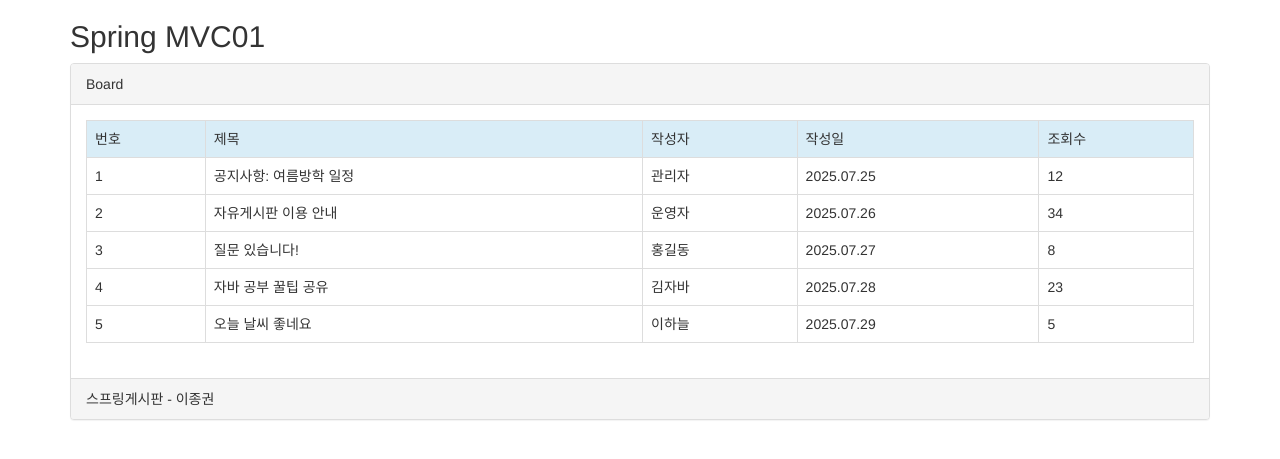
Repository: leejonggwon/PBG_SpringProject
Page: http://localhost/SpringMVC01/boardList.do
These files come from the project's save history. The page is drawn as it stood at one moment and after the next save; the edit follows.
The browser window is 1280 px wide. The pictures show the whole page.
The page is served by Tomcat 9. Other server files are loaded and not shown.

Above is the page before, as saved 2025-08-01 01:44:47.

### SpringMVC01/src/main/webapp/WEB-INF/views/boardList.jsp
<%@ page language="java" contentType="text/html; charset=UTF-8"
    pageEncoding="UTF-8"%>
<%@ taglib prefix="c" uri="http://java.sun.com/jsp/jstl/core"%>
<!DOCTYPE html>
<html>
<head>
<meta charset="UTF-8">
<title>Insert title here</title>
<link rel="stylesheet" href="https://maxcdn.bootstrapcdn.com/bootstrap/3.4.1/css/bootstrap.min.css">
<script src="https://ajax.googleapis.com/ajax/libs/jquery/3.7.1/jquery.min.js"></script>
<script src="https://maxcdn.bootstrapcdn.com/bootstrap/3.4.1/js/bootstrap.min.js"></script>
</head>
<body>
	<div class="container">
		<h2>Spring MVC01</h2>
		<div class="panel panel-default">
			<div class="panel-heading">Board</div>
			<div class="panel-body">
				<table class= "table table-bordered table-hover">
					<tr class="info">
						<td>번호</td>
						<td>제목</td>
						<td>작성자</td>
						<td>작성일</td>
						<td>조회수</td>
					</tr>

					<tr>
						<td>1</td>
						<td>공지사항: 여름방학 일정</td>
						<td>관리자</td>
						<td>2025.07.25</td>
						<td>12</td>
					</tr>
					<tr>
						<td>2</td>
						<td>자유게시판 이용 안내</td>
						<td>운영자</td>
						<td>2025.07.26</td>
						<td>34</td>
					</tr>
					<tr>
						<td>3</td>
						<td>질문 있습니다!</td>
						<td>홍길동</td>
						<td>2025.07.27</td>
						<td>8</td>
					</tr>
					<tr>
						<td>4</td>
						<td>자바 공부 꿀팁 공유</td>
						<td>김자바</td>
						<td>2025.07.28</td>
						<td>23</td>
					</tr>
					<tr>
						<td>5</td>
						<td>오늘 날씨 좋네요</td>
						<td>이하늘</td>
						<td>2025.07.29</td>
						<td>5</td>
					</tr>
				</table>
			</div>
			<div class="panel-footer">스프링게시판 - 이종권</div>
		</div>
	</div>
</body>
</html>

After the next save:
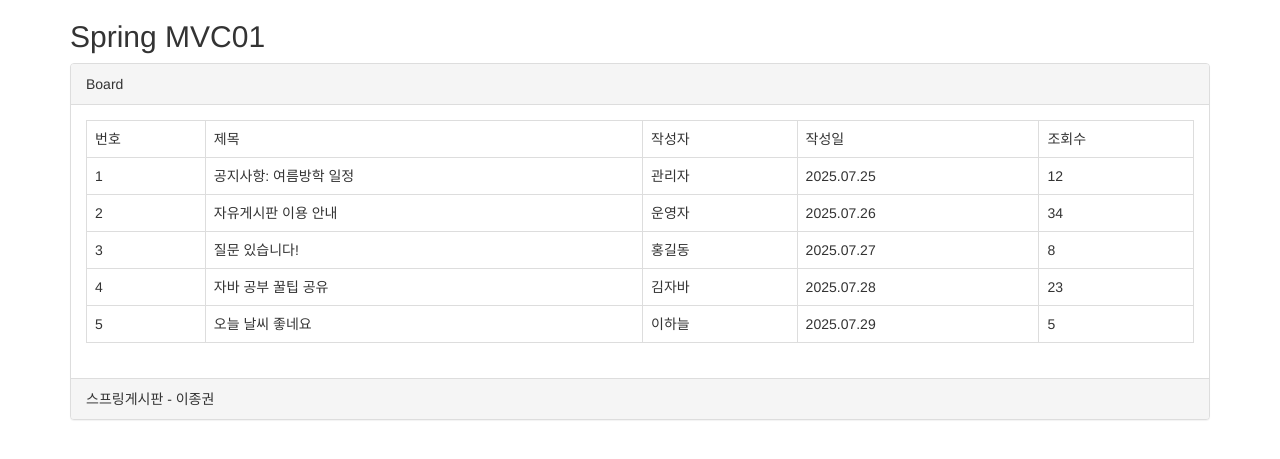
Saved 19 s later.
--- a/SpringMVC01/src/main/webapp/WEB-INF/views/boardList.jsp
+++ b/SpringMVC01/src/main/webapp/WEB-INF/views/boardList.jsp
@@ -17,7 +17,7 @@
 			<div class="panel-heading">Board</div>
 			<div class="panel-body">
 				<table class= "table table-bordered table-hover">
-					<tr class="info">
+					<tr class="table-info">
 						<td>번호</td>
 						<td>제목</td>
 						<td>작성자</td>

After the save that followed:
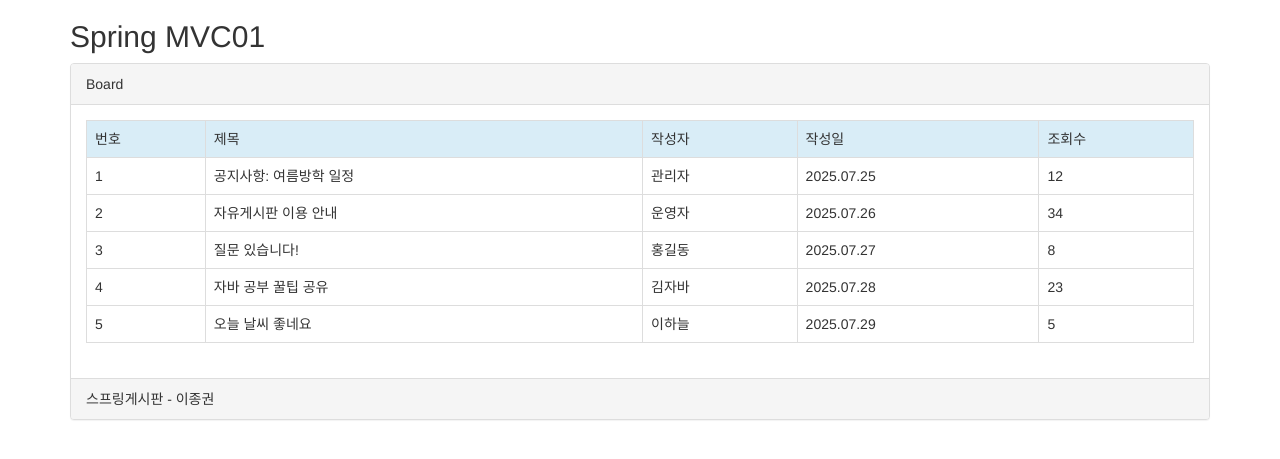
Saved 25 s later.
--- a/SpringMVC01/src/main/webapp/WEB-INF/views/boardList.jsp
+++ b/SpringMVC01/src/main/webapp/WEB-INF/views/boardList.jsp
@@ -17,7 +17,7 @@
 			<div class="panel-heading">Board</div>
 			<div class="panel-body">
 				<table class= "table table-bordered table-hover">
-					<tr class="table-info">
+					<tr class="info">
 						<td>번호</td>
 						<td>제목</td>
 						<td>작성자</td>
